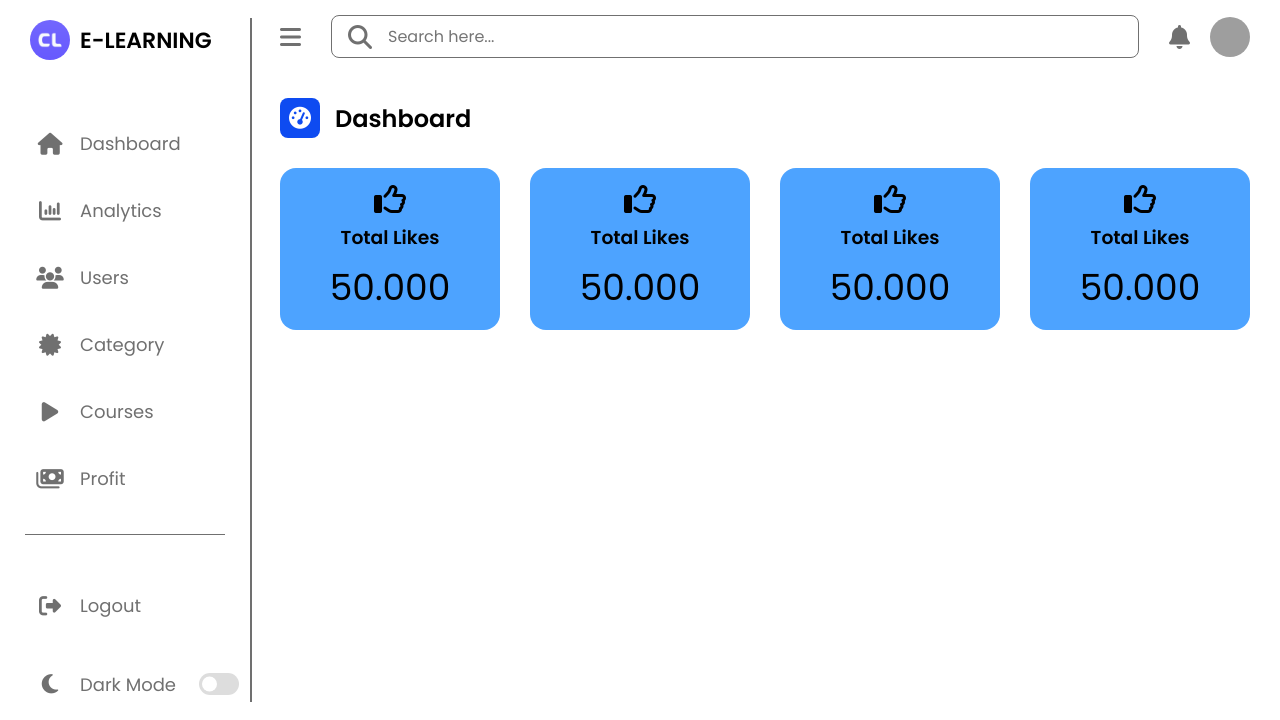
Repository: phamngocthang/practice-html-css
Page: Admin/dist/index.html
The author's editor kept a copy of each file at every save. The page is drawn from the files as they stood at one save, then again after the next save.
The browser window is 1280 px wide. The pictures show the whole page.
Pictures or frames that could not be fetched are drawn as grey boxes. The style sheet was rebuilt from its Sass, Less or Tailwind sources for each picture, by a compiler version that may differ from the author's.

Above is the page before, as saved 2023-10-25 13:12:39.

### Admin/dist/index.html
<!DOCTYPE html>
<html lang="en">
<head>
    <meta charset="UTF-8">
    <meta name="viewport" content="width=device-width, initial-scale=1.0">
    <title>Document</title>
    <link rel="stylesheet" href="style/main.css">
    <link rel="stylesheet" href="https://cdnjs.cloudflare.com/ajax/libs/font-awesome/6.4.2/css/all.min.css" integrity="sha512-z3gLpd7yknf1YoNbCzqRKc4qyor8gaKU1qmn+CShxbuBusANI9QpRohGBreCFkKxLhei6S9CQXFEbbKuqLg0DA==" crossorigin="anonymous" referrerpolicy="no-referrer" />
</head>
<body>
    <nav>
        <div class="logo">
            <div class="logo__image">
                <img src="/Images/logo.png" alt="">
            </div>

            <span class="logo__name">
                E-LEARNING
            </span>
        </div>

        <div class="menu">
            <ul class="menu__link">
                <li class="menu__link__item"><a href="#">
                    <i class="fa-solid fa-house"></i>
                    <span>Dashboard</span>
                </a></li>
                <li class="menu__link__item"><a href="#">
                    <i class="fa-solid fa-chart-column"></i>
                    <span>Analytics</span>
                </a></li>
                <li class="menu__link__item"><a href="#">
                    <i class="fa-solid fa-users"></i>
                    <span>Users</span>
                </a></li>
                <li class="menu__link__item"><a href="#">
                    <i class="fa-solid fa-certificate"></i>
                    <span>Category</span>
                </a></li>
                <li class="menu__link__item"><a href="#">
                    <i class="fa-solid fa-play"></i>
                    <span>Courses</span>
                </a></li>
                <li class="menu__link__item"><a href="#">
                    <i class="fa-solid fa-money-bills"></i>
                    <span>Profit</span>
                </a></li>
            </ul>

            <ul class="menu__link">
                <li class="menu__link__item"><a href="#">
                    <i class="fa-solid fa-right-from-bracket"></i>
                    <span>Logout</span>
                </a></li>

                <li class="menu__link__item menu__link__item--darkmode"><a href="#">
                        <i class="fa-solid fa-moon"></i>
                        <span>Dark Mode</span>
                        <div class="menu__toggle">
                            <span class="menu__switch"></span>
                        </div>
                    </a>
                </li>
            </ul>
        </div>
    </nav>

    <section class="dashboard">
        <div class="top">
            <i class="fa-solid fa-bars top__bar"></i>
            <div class="top__search-box">
                <i class="fa-solid fa-magnifying-glass"></i>
                <input type="text" placeholder="Search here...">
            </div>
            <div class="top__image">
                <i class="fa-solid fa-bell bell"></i>
                <img src="/Images/avatar.jpg" alt="">
            </div>
        </div>

        <div class="content">
            <div class="overview">
                <div class="title">
                    <div class="title__logo">
                        <i class="fa-solid fa-gauge-high"></i>
                    </div>
                    <h1 class="title__name">Dashboard</h1>
                </div>

                <div class="data">
                    <div class="data__box">
                        <i class="fa-regular fa-thumbs-up data__box__icon"></i>
                        <h3 class="data__box__title">Total Likes</h3>
                        <span class="data__box__number">50.000</span>
                    </div>
                    <div class="data__box">
                        <i class="fa-regular fa-thumbs-up data__box__icon"></i>
                        <h3 class="data__box__title">Total Likes</h3>
                        <span class="data__box__number">50.000</span>
                    </div>
                    <div class="data__box">
                        <i class="fa-regular fa-thumbs-up data__box__icon"></i>
                        <h3 class="data__box__title">Total Likes</h3>
                        <span class="data__box__number">50.000</span>
                    </div>
                    <div class="data__box">
                        <i class="fa-regular fa-thumbs-up data__box__icon"></i>
                        <h3 class="data__box__title">Total Likes</h3>
                        <span class="data__box__number">50.000</span>
                    </div>
                </div>
            </div>
        </div>
    </section>

    <script src="script.js">

    </script>
</body>
</html>

### Admin/dist/script.js
const body = document.querySelector("body");
const modeTogger = document.querySelector(".menu__toggle");
const sideBar = body.querySelector("nav")
const sideBarToggle = body.querySelector(".top__bar");

modeTogger.addEventListener("click", () => {
    body.classList.toggle("dark")
})

sideBarToggle.addEventListener("click", () => {
    sideBar.classList.toggle("close");
})

### Admin/scss/main.scss
@import url('https://fonts.googleapis.com/css2?family=Poppins:wght@200;300;400;500;600&display=swap');
@import 'variables';
* {
    margin: 0;
    padding: 0;
    box-sizing: border-box;
    font-family: 'Poppins', sans-serif;
}

body {
    --primary-color: #{$primary-color};
    --panel-color: #{$panel-color};
    --text-color: #{$text-color};
    --black-light-color: #{$black-light-color};
    --border-color: #{$border-color};
    --toggle-color: #{$toggle-color};
    --box1-color: #{$box1-color};
    --box2-color: #{$box2-color};
    --box3-color: #{$box3-color};
    --title-icon-color: #{$title-icon-color};
    min-height: 100vh;
}

body.dark {
    --primary-color: #3A3B3C;
    --panel-color: #242526;
    --text-color: #FFF;
    --black-light-color: #CCC;
    --border-color: #4D4C4C;
    --toggle-color: #FFF;
    --box1-color: #3A3B3C;
    --box2-color: #3A3B3C;
    --box3-color: #3A3B3C;
    --title-icon-color: #CCC;

    .menu__switch::before {
        left: 20px !important;
    }
}

nav {
    position: fixed;
    width: 250px;
    height: 100%;
    top: 0;
    left: 0;
    background-color: var(--panel-color);
    transition: $tran-05;

    .logo {
        display: flex;
        align-items: center;
        height: 80px;

        &__image {
            min-width: 45px;
            display: flex;
            align-items: center;
            padding-right: 10px;
            min-width: 80px;
            justify-content: flex-end;

            img {
                width: 40px;
                border-radius: 50%;
                object-fit: cover;
            }

        }

        &__name {
            color: var(--text-color);
            font-weight: 600;
            font-size: 22px;
            flex: 1;
            transition: $tran-05;
            white-space: nowrap;
        }
    }

    .menu {
        height: 100%;
        padding: 30px 0px 30px 20px;
        position: relative;


        &::after {
            content: '';
            left: 50%;
            top: 63%;
            width: 80%;
            height: 0.5px;
            transform: translateX(-50%);
            background-color: var(--black-light-color);
            position: absolute;
        }

        &__link {
            list-style: none;
            display: flex;
            flex-direction: column;
            align-items: flex-start;


            &:nth-child(1) {
                height: 70%;
            }


            &__item {
                padding: 20px 0;

                a {
                    text-decoration: none;
                    color: var(--black-light-color);
                    font-size: 18px;
                    display: flex;
                    align-items: center;
                    position: relative;
                    transition: 0.4 ease all;

                    i {
                        min-width: 60px;
                        text-align: center;
                        font-size: 22px;
                    }

                    span {
                        font-weight: 400;
                        transition: $tran-05;
                        white-space: nowrap;
                    }

                    &:hover {
                        color: var(--primary-color);

                        &::before {
                            content: '';
                            width: 5px;
                            height: 5px;
                            border-radius: 50%;
                            background-color: var(--primary-color);
                            position: absolute;
                            transition: 0.4 ease all;
                        }
                    }
                }
            }

            &__item--darkmode {
                display: flex;
                align-items: center;


                .menu__toggle {
                    margin-left: 20px;
                    height: 50px;
                    min-width: 45px;
                    display: flex;
                    align-items: center;
                    justify-content: center;

                    .menu__switch {
                        display: inline-block;
                        border-radius: 25px;
                        position: relative;
                        height: 22px;
                        width: 40px;
                        background-color: var(--toggle-color);

                        &::before {
                            content: '';
                            width: 15px;
                            height: 15px;
                            position: absolute;
                            background-color: var(--title-icon-color);
                            border-radius: 50%;
                            left: 3px;
                            top: 50%;
                            transform: translateY(-50%);
                            transition: $tran-03;
                        }
                    }
                }
            }
        }
    }


}

nav.close {
    width: 90px;

    .menu__link__item {
        span {
            opacity: 0;
            pointer-events: none;
        }
    }

    .logo__name {
        opacity: 0;
        pointer-events: none;
    }

    & ~ .dashboard {
        left: 90px;
        width: calc(100% - 90px);
    }
}

.dashboard {
    background-color: var(--panel-color);
    width: calc(100% - 250px);
    left: 250px;
    min-height: 100vh;
    position: relative;
    padding: 15px 30px 40px;
    transition: $tran-05;

    &::before {
        content: '';
        width: 2px;
        height: 95%;
        background-color: var(--black-light-color);
        left: 0;
        top: 50%;
        transform: translateY(-50%);
        position: absolute;
    }

    .top {
        height: 10%;
        display: flex;
        align-items: center;
        justify-content: space-between;

        i {
            font-size: 24px;
            color: var(--black-light-color);
        }

        &__bar {
            cursor: pointer;
        }

        &__search-box {
            flex: 1;
            width: 100%;
            padding: 8px;
            border-radius: 8px;
            border: 0.4px solid var(--black-light-color);
            margin: 0 30px;
            display: flex;
            align-items: center;

            i {
                font-size: 24px;
                padding: 0 16px 0 8px;
                color: var(--black-light-color);
            }

            input {
                font-size: 16px;
                outline: none;
                border: none;
                height: 100%;
                width: 100%;
                background-color: transparent;
                color: var(--text-color);
            }
        }

        &__image {
            display: flex;
            align-items: center;

            .bell {
                cursor: pointer;
                margin-right: 20px;
            }

            img {
                cursor: pointer;
                width: 40px;
                height: 40px;
                object-fit: cover;
                border-radius: 50%;
            }
        }
    }

    .content {
        margin-top: 40px;
        .overview {
            .title {
                display: flex;
                align-items: center;
                &__logo {
                    height: 40px;
                    width: 40px;
                    display: flex;
                    align-items: center;
                    justify-content: center;
                    background-color: var(--primary-color);
                    border-radius: 8px;
                    margin-right: 15px;
                    i {
                        font-size: 22px;
                        color: var(--panel-color);
                    }
                }

                &__name {
                    color: var(--text-color);
                }
            }
            .data {
                display: flex;

                flex-wrap: wrap;
                margin-top: 30px;
                margin-left: -30px;

                &__box {
                    border-radius: 16px;
                    margin-left: 30px;
                    width: calc(25% - 30px);
                    display: flex;
                    flex-direction: column;
                    align-items: center;
                    background-color: var(--box1-color);
                    color: var(--text-color);
                    padding: 15px 0;

                    &__icon {
                        font-size: 32px;
                    }

                    &__title {
                        margin: 8px 0;
                    }

                    &__number {
                        font-size: 36px;
                    }
                }
            }
        }
    }
}

### Admin/scss/_variables.scss
/* ===== Colors ===== */
$primary-color: #0E4BF1;
$panel-color: #FFF;
$text-color: #000;
$black-light-color: #707070;
$border-color: #e6e5e5;
$toggle-color: #DDD;
$box1-color: #4DA3FF;
$box2-color: #FFE6AC;
$box3-color: #E7D1FC;
$title-icon-color: #fff;

/* ====== Transition ====== */
$tran-05: all 0.5s ease;
$tran-03: all 0.3s ease;
$tran-03: all 0.2s ease;

After the next save:
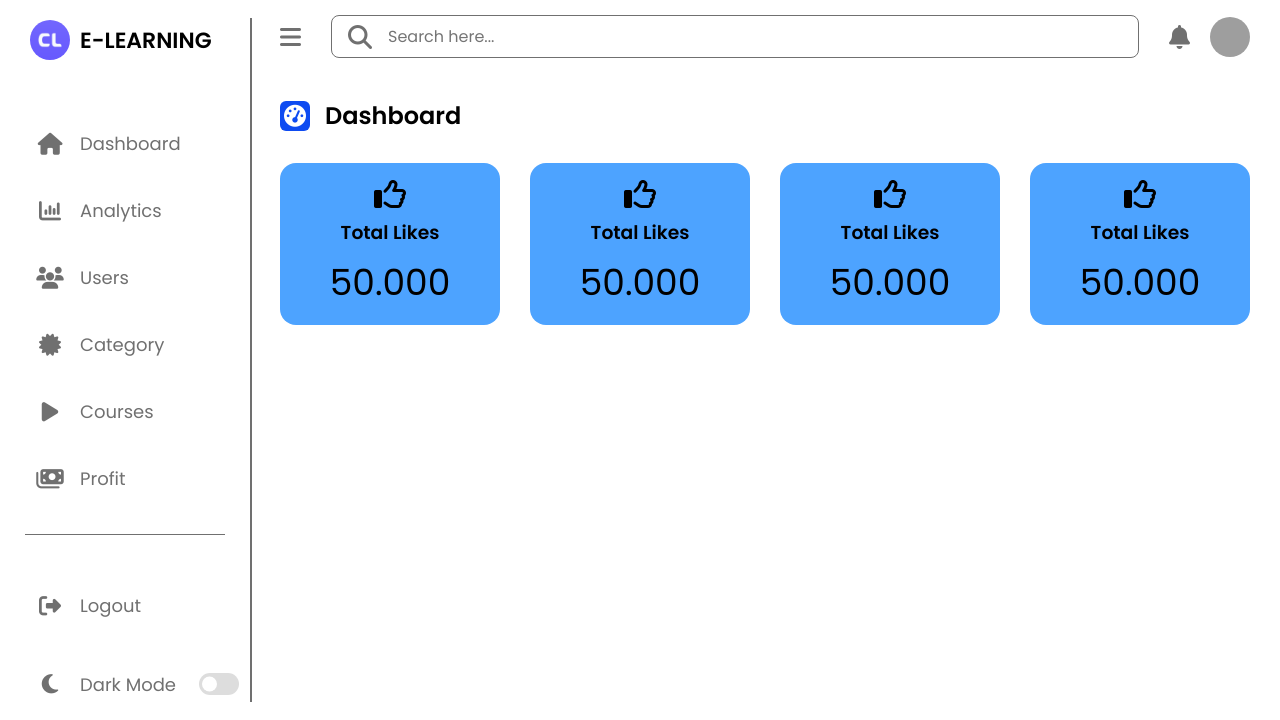
Saved 86 s later.
--- a/Admin/scss/main.scss
+++ b/Admin/scss/main.scss
@@ -298,13 +298,13 @@ nav.close {
                 display: flex;
                 align-items: center;
                 &__logo {
-                    height: 40px;
-                    width: 40px;
+                    height: 30px;
+                    width: 30px;
                     display: flex;
                     align-items: center;
                     justify-content: center;
                     background-color: var(--primary-color);
-                    border-radius: 8px;
+                    border-radius: 6px;
                     margin-right: 15px;
                     i {
                         font-size: 22px;
